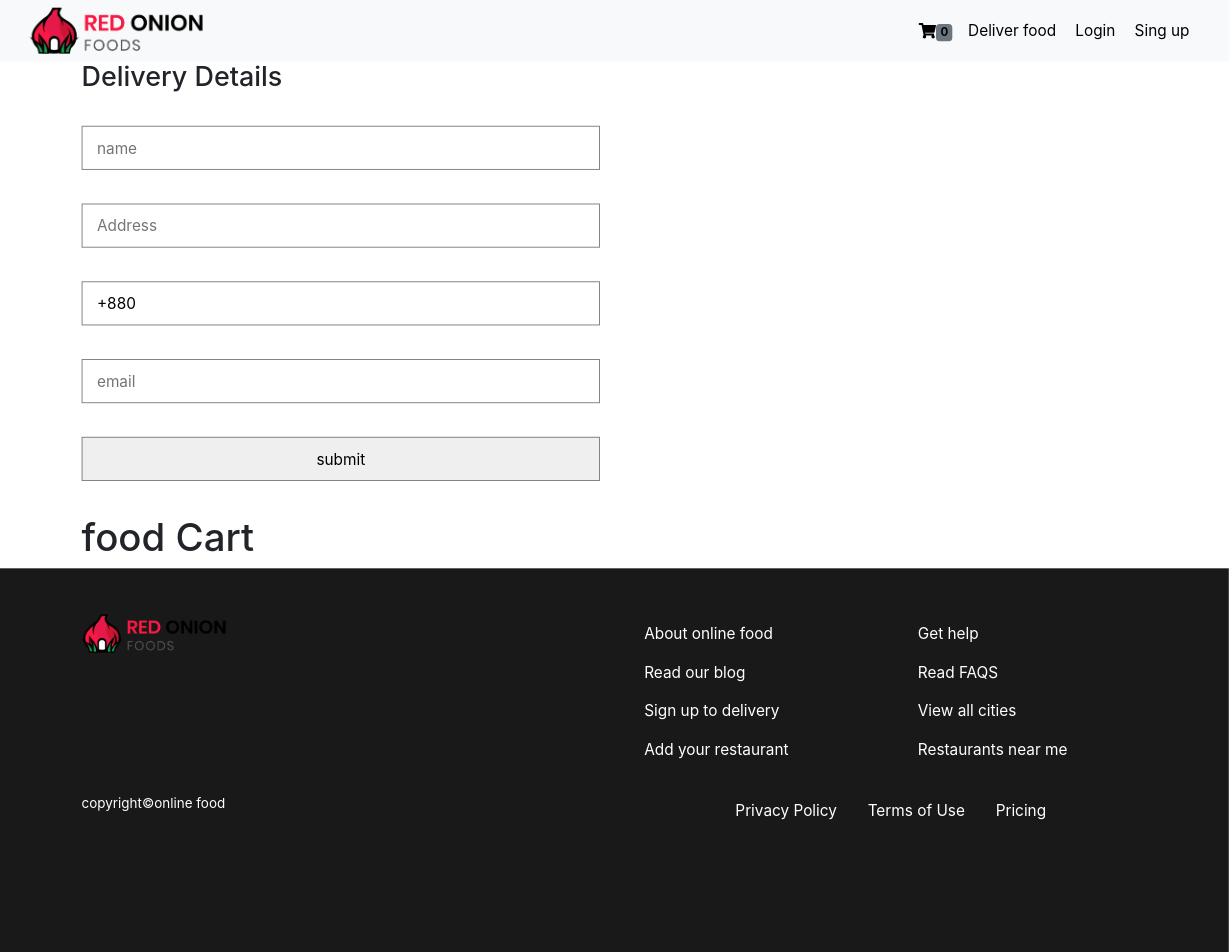
Repository: arif286/red-onion-client
Page: /cart
These files come from the project's save history. The page is drawn as it stood at one moment and after the next save; the edit follows.
The browser window is 1280 px wide. The pictures show the whole page, at 96% of full size.
The project was rebuilt for these pictures with package versions that can differ from the ones it lists, and the page was loaded fresh each time. Also part of the build but not shown: src/App.css, src/components/SearchBar/SearchBar.css, src/components/SearchBar/SearchBar.js, src/components/FoodDetails/FoodDetail.css, src/components/FoodDetails/FoodDetail.js, src/components/DeliveryFood/DeliveryFood.js, src/components/Food/Food.css, src/components/Food/FoodItem.js and 9 more.

Above is the page before, as saved 2021-03-30 16:05:40.

After the next save:
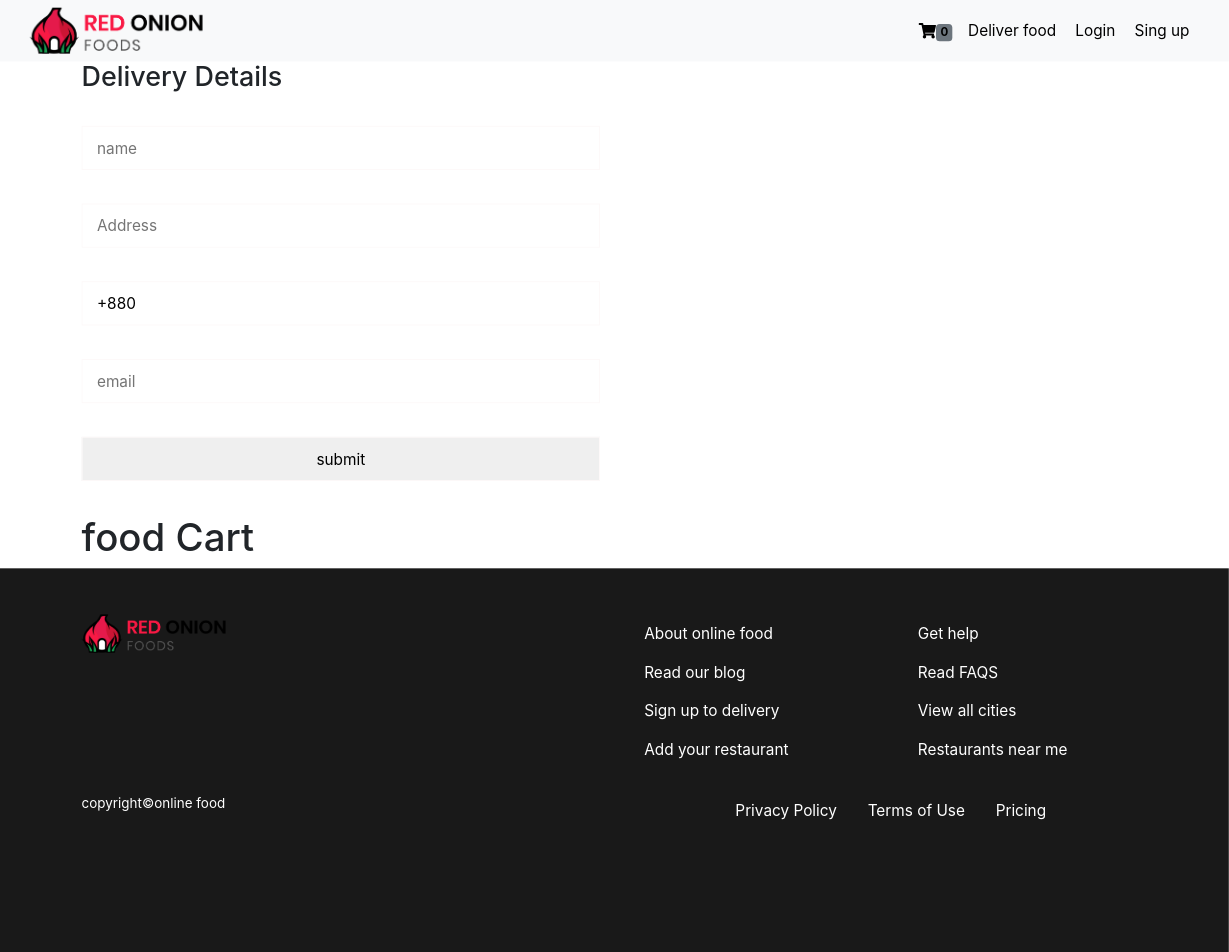
Saved 16 s later.
--- a/src/components/Cart/Cart.css
+++ b/src/components/Cart/Cart.css
@@ -3,7 +3,7 @@
   padding: 10px 15px;
   box-sizing: border-box;
   margin-bottom: 35px;
-  border: 1px solid gray;
+  border: 1px solid #fdf9f9;
 }
 .delivery-form input:first-child {
   margin-top: 25px;
